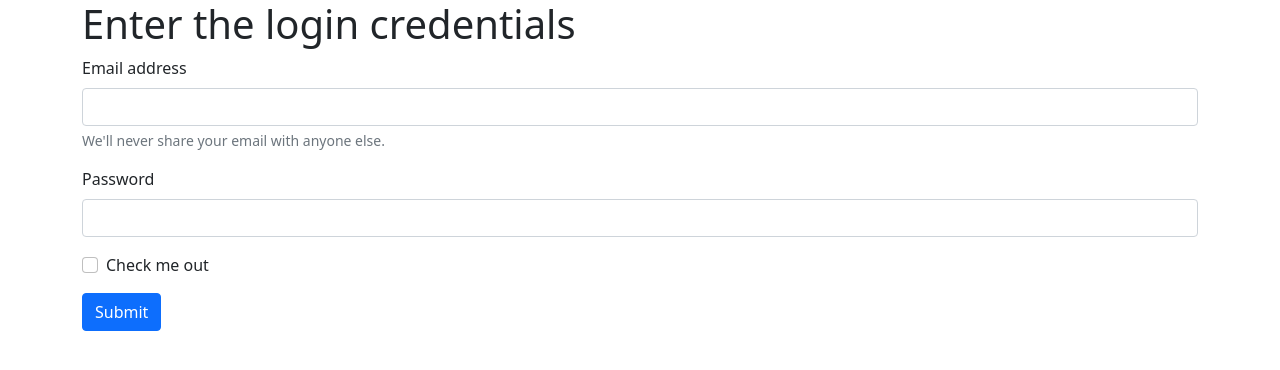
Repository: Senyadt2/Projects-On-Java
Page: http://localhost/EmployeeRegistrationSystem/
These files come from the project's save history. The page is drawn as it stood at one moment and after the next save; the edit follows.
The browser window is 1280 px wide. The pictures show the whole page.
The page is served by Tomcat 9.

Above is the page before, as saved 2024-03-26 05:04:19.

After the next save:
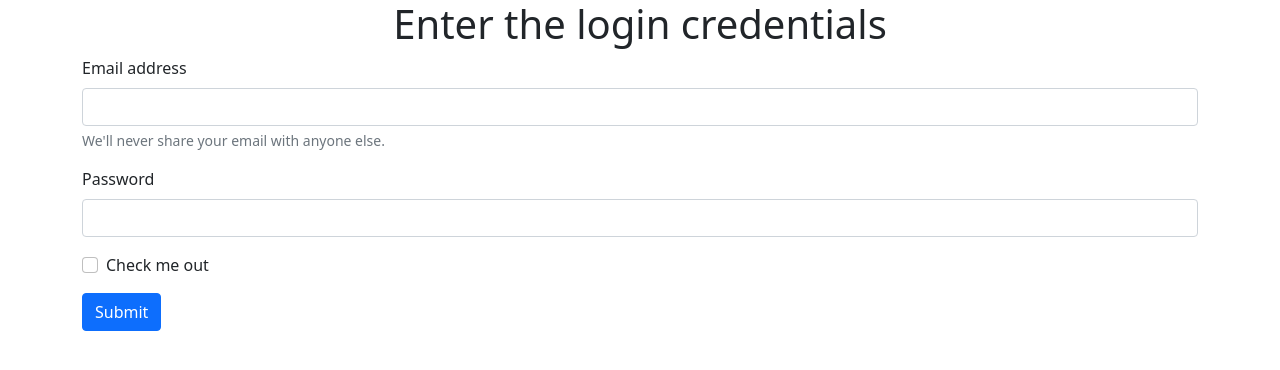
Saved 17 s later.
--- a/EmployeeRegistrationSystem/src/main/webapp/index.jsp
+++ b/EmployeeRegistrationSystem/src/main/webapp/index.jsp
@@ -22,7 +22,7 @@
 <body>
 
 	<div class="container">
-	<h1>Enter the login credentials</h1>
+	<h1 style="text-align:center">Enter the login credentials</h1>
 		<form>
 			<div class="mb-3">
 				<label for="exampleInputEmail1" class="form-label">Email
